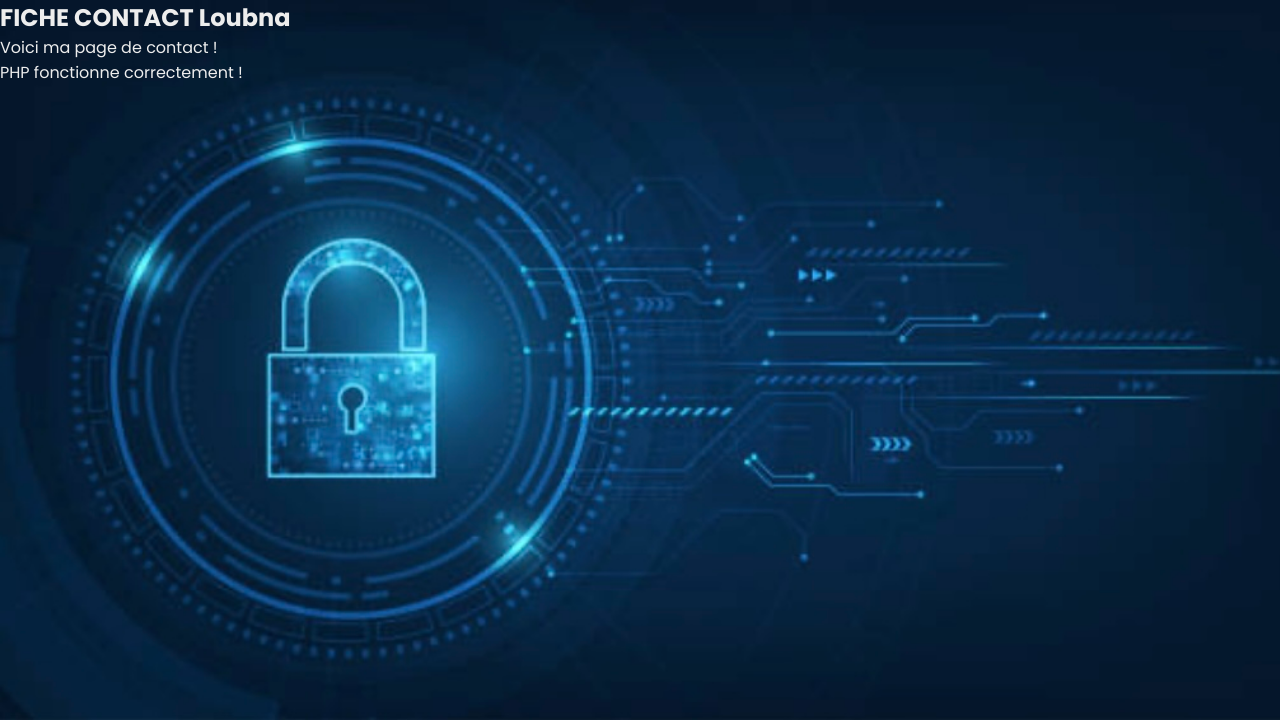
Repository: Loubna77290/Portfolio-de-Loubna
Page: http://localhost/contact.php
These files come from the project's save history. The page is drawn as it stood at one moment and after the next save; the edit follows.
The browser window is 1280 px wide. The pictures show the whole page.
The page is run by PHP 8.4 with error messages shown; the project is at /var/www/html/.

Above is the page before, as saved 2025-03-10 00:51:19.

After the next save:
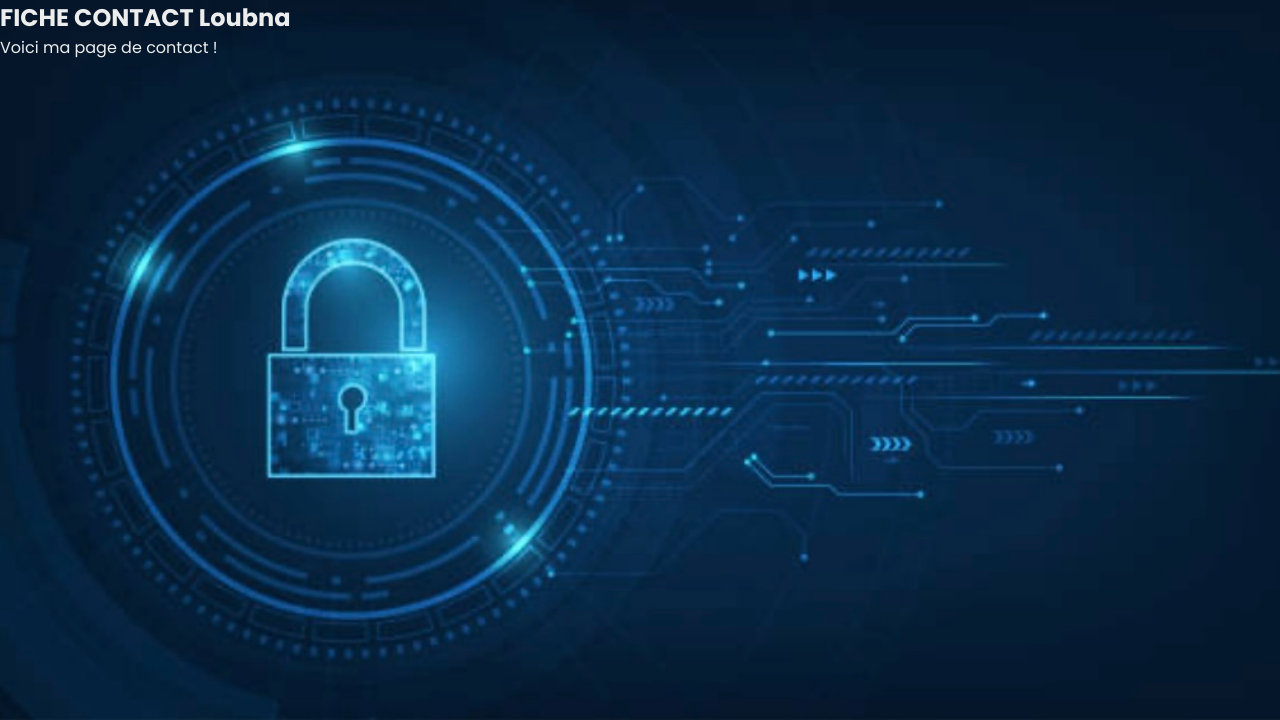
Saved 21 s later.
--- a/contact.php
+++ b/contact.php
@@ -12,11 +12,6 @@
         <h1>FICHE CONTACT Loubna</h1>
         <p>Voici ma page de contact !</p>
 
-        <?php
-        echo "PHP fonctionne correctement !"
-        ?>
-
-
     </div>
     </section>
 
